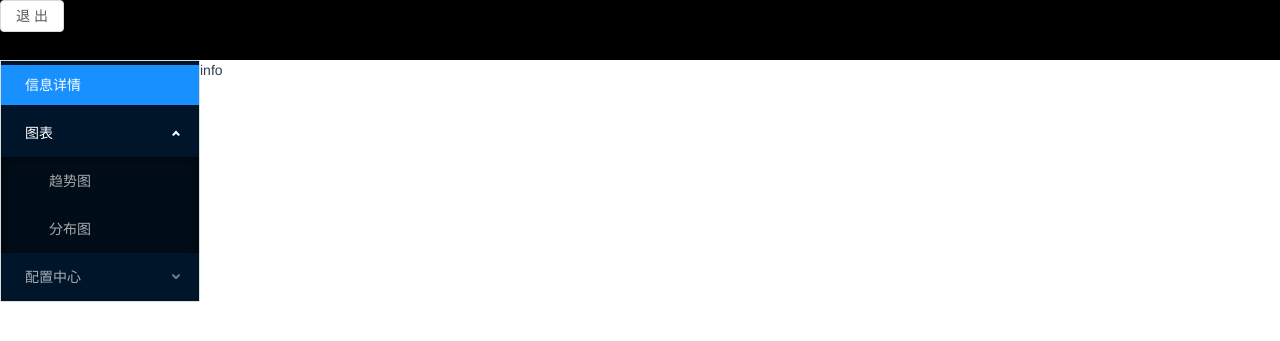
Repository: zhongdm/vue-vuex-antd
Page: /#/
An editor plug-in stored every save of this project. The page is shown before and after the next save, followed by the edit.
The browser window is 1280 px wide. The pictures show the whole page.
The project was rebuilt for these pictures with package versions that can differ from the ones it lists, and the page was loaded fresh each time.

Above is the page before, as saved 2019-03-15 09:55:45.

### index.html
<!DOCTYPE html>
<html>
  <head>
    <meta charset="utf-8">
    <meta name="viewport" content="width=device-width,initial-scale=1.0">
    <title>vue-vuex-antd</title>
  </head>
  <body>
    <div id="app"></div>
    <!-- built files will be auto injected -->
  </body>
</html>

### src/main.js
// The Vue build version to load with the `import` command
// (runtime-only or standalone) has been set in webpack.base.conf with an alias.
import Vue from 'vue'
import App from './App'
import router from './router'
import TestPlugin from './plugins-custom/TestPlugin'
import Antd from 'ant-design-vue'
import 'ant-design-vue/dist/antd.css'

Vue.config.productionTip = false
Vue.use(TestPlugin)
Vue.use(Antd)

/* eslint-disable no-new */
new Vue({
  el: '#app',
  router,
  components: { App },
  template: '<App/>'
})

### src/App.vue
<template>
  <div id="app">
    <router-view/>
  </div>
</template>

<script>
export default {
  name: 'App'
}
</script>

<style>
#app {
  font-family: 'Avenir', Helvetica, Arial, sans-serif;
  -webkit-font-smoothing: antialiased;
  -moz-osx-font-smoothing: grayscale;
  /* text-align: center; */
  color: #2c3e50;
  /* margin-top: 60px; */
}
</style>

### src/router/index.js
import Vue from 'vue'
import Router from 'vue-router'

Vue.use(Router)

const router = new Router({
  routes: [
    {
      path: '/login',
      name: 'Login',
      component: () => import('@/pages/Login')
    },
    {
      path: '/',
      component: () => import('@/pages/MainLayout'),
      children: [
        {
          path: '',
          component: () => import('@/pages/home/Info')
        },
        {
          path: 'settings',
          component: () => import('@/pages/settings/Settings'),
          children: [
            {
              path: '',
              redirect: 'user'
            },
            {
              path: 'user',
              name: 'User',
              component: () => import('@/pages/settings/User')
            },
            {
              path: 'role',
              name: 'Role',
              component: () => import('@/pages/settings/Role')
            }
          ]
        }
      ]
    }
  ]
})

// router.beforeEach((to, from, next) => {
//   console.log(to.path, from)
//   next()
// })
export default router

### src/plugins-custom/TestPlugin.js
let TestPlugin = {}
TestPlugin.install = function (Vue, options) {
  Vue.istest = function () {
    console.log('plugin test success')
  }
  Vue.prototype.logining = function () {
    console.log('loging')
  }
}

export default TestPlugin

### src/pages/MainLayout.vue
<template>
  <div>
    <div class="nav-container">
      <a-button @click="hangleLogout">退出</a-button>
    </div>
    <!-- <a-row :gutter="16"> -->
      <!-- <a-col :xs="4" :sm="8" :md="8" :lg="8" :xl="6"> -->
        <menu-bar></menu-bar>
      <!-- </a-col> -->
      <!-- <a-col :xs="20" :sm="16" :md="16" :lg="16" :xl="18"> -->
        <router-view/>
      <!-- </a-col> -->
    <!-- </a-row> -->
  </div>
</template>

<script>
export default {
  data () {
    return {
    }
  },
  mounted () {
    // this.$router.push('/Home')
  },
  components: {
    MenuBar: () => import('@/components/MenuBar')
  },
  methods: {
    hangleLogout () {
      this.$router.push('/login')
    }
  }
}
</script>

<style lang="stylus" scoped>
.nav-container
  height 60px
  background #000
  width 100%
</style>

### src/pages/home/Info.vue
<template>
  <div>
    info
  </div>
</template>

### src/components/MenuBar.vue
<template>
  <!-- <a-menu
    mode="inline"
    class="menu-bar"
    theme="dark"
    :defaultSelectedKeys="['1']"
    :defaultOpenKeys="['o1']"
    :selectedKeys="[activeMenu]"
    @click="handleMenu">
    <a-menu-item key="1">信息详情</a-menu-item>
    <a-sub-menu key="o1">
      <span slot="title">图表</span>
      <a-menu-item key="2">趋势图</a-menu-item>
      <a-menu-item key="3">分布图</a-menu-item>
    </a-sub-menu>
    <a-menu-item key="4">配置中心</a-menu-item>
  </a-menu> -->
  <div>
  <a-menu
    mode="inline"
    class="menu-bar"
    theme="dark"
    :defaultSelectedKeys="['1']"
    :defaultOpenKeys="['2']"
    :selectedKeys="[activeMenu]"
    @click="handleMenu">
    <template v-for="item in menuList">
      <a-sub-menu :title="item.value" :key="item.key" v-if="item.children">
        <template v-for="subItem in item.children">
          <a-menu-item :key="subItem.key" :data-path="subItem.link">{{subItem.value}}</a-menu-item>
        </template>
    </a-sub-menu>
    <a-menu-item v-else :key="item.key" :data-path="item.link">{{item.value}}</a-menu-item>
    </template>
  </a-menu>
  </div>
</template>

<script>
export default {
  name: 'menu-bar',
  data () {
    return {
      activeMenu: '1'
    }
  },
  computed: {
    menuList () {
      return [
        {
          key: '1',
          value: '信息详情',
          selected: true,
          link: '/info'
        },
        {
          key: '2',
          value: '图表',
          open: false,
          children: [
            {
              key: '2-1',
              value: '趋势图'
            },
            {
              key: '2-2',
              value: '分布图'
            }
          ]
        },
        {
          key: '3',
          value: '配置中心',
          children: [
            {
              key: '3-1',
              value: '用户',
              link: '/settings/user'
            },
            {
              key: '3-2',
              value: '角色',
              link: '/settings/role'
            }
          ]
        }
      ]
    }
  },
  methods: {
    handleMenu (e) {
      this.activeMenu = e.key
      this.$router.push(e.domEvent.target.dataset.path)
      console.log('selected', e.domEvent.target.dataset.path)
    }
  }
}
</script>

<style lang="stylus" scoped>
.menu-bar
  border 1px solid #ddd
  width 200px
  float left
</style>

After the next save:
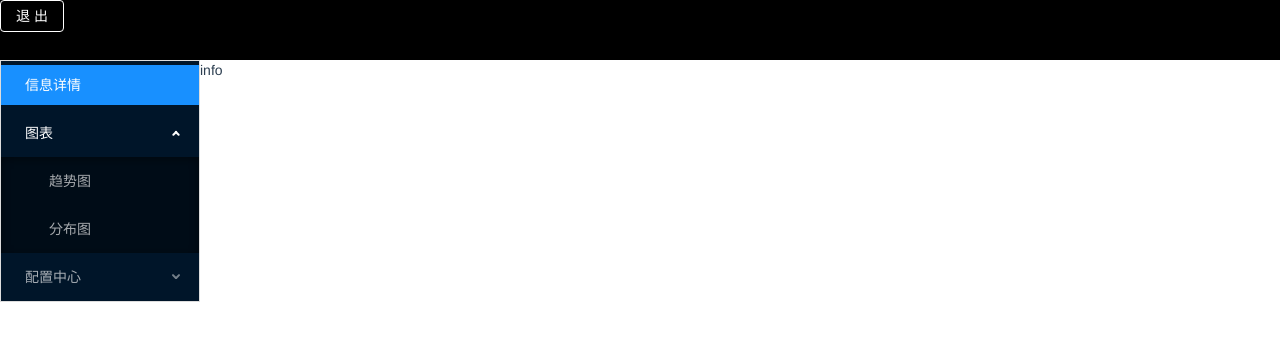
Saved 75 s later.
--- a/src/pages/MainLayout.vue
+++ b/src/pages/MainLayout.vue
@@ -1,7 +1,7 @@
 <template>
   <div>
     <div class="nav-container">
-      <a-button @click="hangleLogout">退出</a-button>
+      <a-button @click="hangleLogout" ghost>退出</a-button>
     </div>
     <!-- <a-row :gutter="16"> -->
       <!-- <a-col :xs="4" :sm="8" :md="8" :lg="8" :xl="6"> -->
